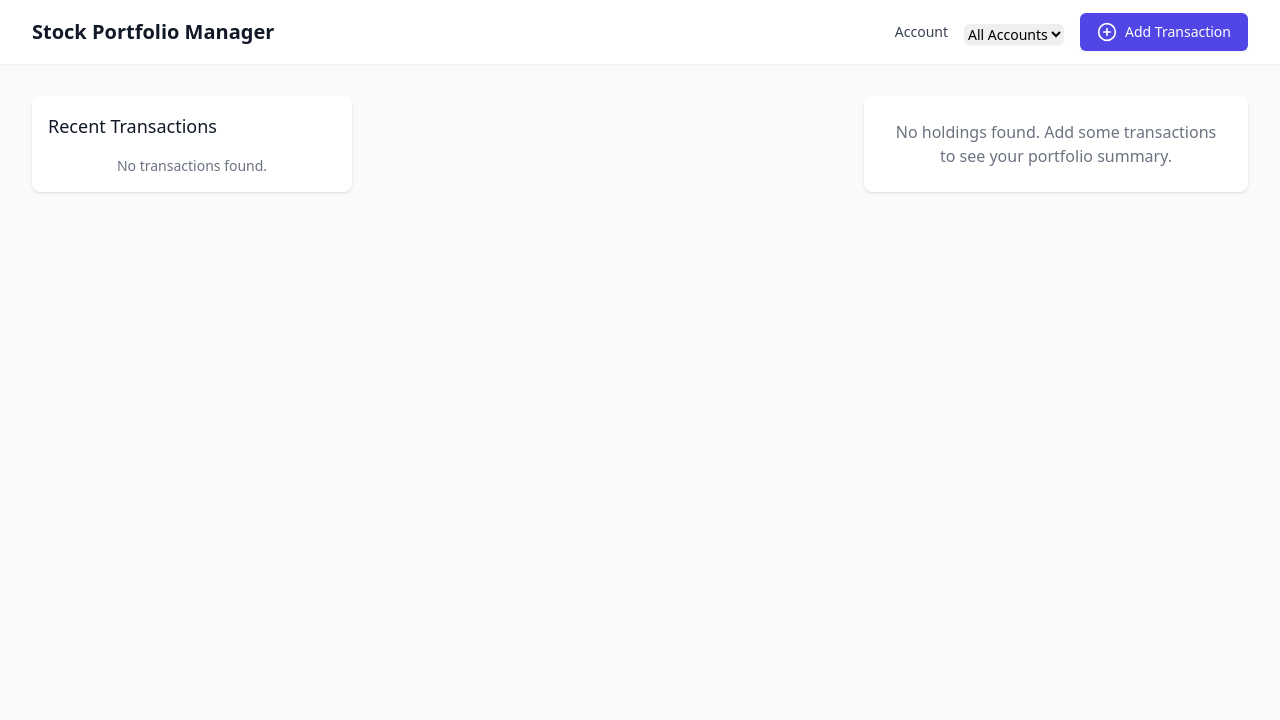
Repository: gpierre004/stock_portfolio_management
Page: /watchlist
The author's editor kept a copy of each file at every save. The page is drawn from the files as they stood at one save, then again after the next save.
The browser window is 1280 px wide. The pictures show the whole page.
The page's requests for data from a server got no answer. The project was rebuilt for these pictures with package versions that can differ from the ones it lists, and the page was loaded fresh each time. No one was signed in, and anything a server would have sent is missing. Also part of the build but not shown: vite.config.ts, src/components/TransactionForm.tsx, src/components/ErrorBoundary.tsx.

Above is the page before, as saved 2024-11-22 21:25:00.

### src/App.tsx
import React from 'react';
import { QueryClient, QueryClientProvider } from '@tanstack/react-query';
import TransactionList from './components/TransactionList';
import TransactionForm from './components/TransactionForm';
import PortfolioSummary from './components/PortfolioSummary';
import AccountSelector from './components/AccountSelector';
import ErrorBoundary from './components/ErrorBoundary';
import { PlusCircle } from 'lucide-react';

const queryClient = new QueryClient();

function App() {
  const [isFormOpen, setIsFormOpen] = React.useState(false);
  const [selectedAccountId, setSelectedAccountId] = React.useState<number | null>(null);

  return (
    <QueryClientProvider client={queryClient}>
      <div className="min-h-screen bg-gray-50">
        <nav className="bg-white shadow-sm">
          <div className="max-w-7xl mx-auto px-4 sm:px-6 lg:px-8">
            <div className="flex justify-between h-16 items-center">
              <h1 className="text-xl font-semibold text-gray-900">Stock Portfolio Manager</h1>
              <div className="flex items-center space-x-4">
                <AccountSelector
                  selectedAccountId={selectedAccountId}
                  onAccountChange={setSelectedAccountId}
                />
                <button
                  onClick={() => setIsFormOpen(true)}
                  className="inline-flex items-center px-4 py-2 border border-transparent text-sm font-medium rounded-md shadow-sm text-white bg-indigo-600 hover:bg-indigo-700 focus:outline-none focus:ring-2 focus:ring-offset-2 focus:ring-indigo-500"
                >
                  <PlusCircle className="w-5 h-5 mr-2" />
                  Add Transaction
                </button>
              </div>
            </div>
          </div>
        </nav>

        <main className="max-w-7xl mx-auto px-4 sm:px-6 lg:px-8 py-8">
          <div className="grid grid-cols-1 lg:grid-cols-3 gap-8">
            <div className="lg:col-span-2">
              <ErrorBoundary>
                <TransactionList accountId={selectedAccountId} />
              </ErrorBoundary>
            </div>
            <div>
              <ErrorBoundary>
                <PortfolioSummary accountId={selectedAccountId} />
              </ErrorBoundary>
            </div>
          </div>
        </main>

        {isFormOpen && (
          <TransactionForm
            onClose={() => setIsFormOpen(false)}
            accountId={selectedAccountId}
          />
        )}
      </div>
    </QueryClientProvider>
  );
}

export default App;

### src/components/TransactionList.tsx
import React from 'react';
import { useQuery } from '@tanstack/react-query';
import axios from 'axios';
import { format, parseISO } from 'date-fns';
import { ENDPOINTS } from '../config/api';

interface Transaction {
  purchase_id: number;
  ticker: string;
  purchase_date: string;
  quantity: number;
  type: string;
  purchase_price: number;
  description?: string;
  comment?: string;
  account_id?: number;
}

interface TransactionListProps {
  accountId: number | null;
}

export default function TransactionList({ accountId }: TransactionListProps) {
  const { data: transactions = [], error, isError, isLoading } = useQuery({
    queryKey: ['transactions', accountId],
    queryFn: async () => {
      try {
        const url = accountId
          ? `${ENDPOINTS.TRANSACTIONS}?accountId=${accountId}`
          : ENDPOINTS.TRANSACTIONS;
        const { data } = await axios.get<Transaction[]>(url);
        // Get only the last 10 transactions
        return Array.isArray(data) ? data.slice(0, 10) : [];
      } catch (error) {
        if (axios.isAxiosError(error)) {
          throw new Error(error.response?.data?.message || 'Failed to fetch transactions');
        }
        throw error;
      }
    },
    initialData: [],
  });

  if (isLoading) {
    return (
      <div className="w-80 bg-white shadow rounded-lg p-4">
        <h2 className="text-lg font-medium text-gray-900 mb-4">Recent Transactions</h2>
        <div className="animate-pulse space-y-3">
          {[1, 2, 3].map((i) => (
            <div key={i} className="h-12 bg-gray-100 rounded"></div>
          ))}
        </div>
      </div>
    );
  }

  if (isError) {
    return (
      <div className="w-80 bg-white shadow rounded-lg p-4">
        <h2 className="text-lg font-medium text-gray-900 mb-4">Recent Transactions</h2>
        <div className="text-red-600 text-sm">
          {error instanceof Error ? error.message : 'An error occurred while fetching transactions'}
        </div>
      </div>
    );
  }

  if (!transactions.length) {
    return (
      <div className="w-80 bg-white shadow rounded-lg p-4">
        <h2 className="text-lg font-medium text-gray-900 mb-4">Recent Transactions</h2>
        <div className="text-gray-500 text-sm text-center">
          No transactions found.
        </div>
      </div>
    );
  }

  return (
    <div className="w-80 bg-white shadow rounded-lg p-4">
      <h2 className="text-lg font-medium text-gray-900 mb-4">Recent Transactions</h2>
      <div className="space-y-3 overflow-y-auto max-h-[calc(100vh-12rem)]">
        {transactions.map((transaction) => (
          <div
            key={transaction.purchase_id}
            className="border-b border-gray-100 last:border-0 pb-3 last:pb-0"
          >
            <div className="flex justify-between items-start">
              <div>
                <div className="flex items-center space-x-2">
                  <span className="font-medium text-gray-900">
                    {transaction.ticker}
                  </span>
                  <span className={`text-xs px-1.5 py-0.5 rounded ${
                    transaction.type.toLowerCase() === 'buy'
                      ? 'bg-green-100 text-green-800'
                      : 'bg-red-100 text-red-800'
                  }`}>
                    {transaction.type}
                  </span>
                </div>
                <p className="text-xs text-gray-500">
                  {format(parseISO(transaction.purchase_date), 'MMM dd, yyyy')}
                </p>
              </div>
              <div className="text-right">
                <p className="text-sm font-medium text-gray-900">
                  ${(transaction.quantity * transaction.purchase_price).toFixed(2)}
                </p>
                <p className="text-xs text-gray-500">
                  {transaction.quantity.toFixed(2)} @ ${transaction.purchase_price.toFixed(2)}
                </p>
              </div>
            </div>
          </div>
        ))}
      </div>
    </div>
  );
}

### src/components/PortfolioSummary.tsx
import React from 'react';
import { useQuery } from '@tanstack/react-query';
import axios from 'axios';
import { ENDPOINTS } from '../config/api';

interface Holding {
  ticker: string;
  total_quantity: number;
  total_value: number;
  profit_loss?: number;
  percent_change?: number;
}

interface PortfolioSummaryProps {
  accountId: number | null;
}

export default function PortfolioSummary({ accountId }: PortfolioSummaryProps) {
  const { data: holdings = [], error, isError, isLoading } = useQuery<Holding[]>({
    queryKey: ['portfolio', accountId],
    queryFn: async () => {
      try {
        const url = accountId
          ? `${ENDPOINTS.PORTFOLIO_SUMMARY}?accountId=${accountId}`
          : ENDPOINTS.PORTFOLIO_SUMMARY;
        const { data } = await axios.get<Holding[]>(url);
        return Array.isArray(data) ? data : [];
      } catch (error) {
        if (axios.isAxiosError(error)) {
          throw new Error(error.response?.data?.message || 'Failed to fetch portfolio summary');
        }
        throw error;
      }
    },
    initialData: [],
  });

  if (isLoading) {
    return (
      <div className="flex-1 grid grid-cols-1 lg:grid-cols-2 xl:grid-cols-3 gap-6">
        {[1, 2, 3].map((i) => (
          <div key={i} className="bg-white shadow rounded-lg p-6 animate-pulse">
            <div className="h-4 bg-gray-200 rounded w-1/4 mb-4"></div>
            <div className="h-6 bg-gray-200 rounded w-1/2"></div>
          </div>
        ))}
      </div>
    );
  }

  if (isError) {
    return (
      <div className="flex-1 bg-white shadow rounded-lg p-6">
        <div className="text-red-600">
          {error instanceof Error ? error.message : 'An error occurred while fetching portfolio data'}
        </div>
      </div>
    );
  }

  const safeHoldings = Array.isArray(holdings) ? holdings : [];

  if (!safeHoldings.length) {
    return (
      <div className="flex-1 bg-white shadow rounded-lg p-6">
        <div className="text-gray-500 text-center">
          No holdings found. Add some transactions to see your portfolio summary.
        </div>
      </div>
    );
  }

  return (
    <div className="flex-1 grid grid-cols-1 lg:grid-cols-2 xl:grid-cols-3 gap-6">
      {safeHoldings.map((holding) => (
        <div key={holding.ticker} className="bg-white shadow rounded-lg p-6">
          <div className="flex justify-between items-start mb-4">
            <h3 className="text-xl font-semibold text-gray-900">{holding.ticker}</h3>
            <span className={`text-sm font-medium px-2 py-1 rounded ${
              (holding.percent_change || 0) >= 0
                ? 'text-green-800 bg-green-100'
                : 'text-red-800 bg-red-100'
            }`}>
              {(holding.percent_change || 0).toFixed(2)}%
            </span>
          </div>

          <div className="grid grid-cols-2 gap-4">
            <div>
              <p className="text-sm text-gray-500">Total Invested</p>
              <p className="text-lg font-semibold text-gray-900">
                ${typeof holding.total_value === 'number' ? holding.total_value.toFixed(2) : '0.00'}
              </p>
            </div>
            <div>
              <p className="text-sm text-gray-500">Current Value</p>
              <p className="text-lg font-semibold text-gray-900">
                ${typeof holding.total_value === 'number' ? holding.total_value.toFixed(2) : '0.00'}
              </p>
            </div>
          </div>

          <div className="mt-4">
            <p className="text-sm text-gray-500">Quantity</p>
            <p className="text-lg font-semibold text-gray-900">
              {typeof holding.total_quantity === 'number' ? holding.total_quantity.toFixed(5) : '0.00000'}
            </p>
          </div>

          <div className="mt-4">
            <p className="text-sm text-gray-500">Profit/Loss</p>
            <p className={`text-lg font-semibold ${
              (holding.profit_loss || 0) >= 0 ? 'text-green-600' : 'text-red-600'
            }`}>
              ${typeof holding.profit_loss === 'number' ? Math.abs(holding.profit_loss).toFixed(2) : '0.00'}
            </p>
          </div>
        </div>
      ))}
    </div>
  );
}

### src/components/AccountSelector.tsx
import React from 'react';
import { useQuery } from '@tanstack/react-query';
import axios from 'axios';
import { Account } from '../../server/types/account';
import { ENDPOINTS } from '../config/api';

interface AccountSelectorProps {
  selectedAccountId: number | null;
  onAccountChange: (accountId: number | null) => void;
}

const formatBalance = (balance: unknown): string => {
  if (typeof balance === 'number') {
    return `$${balance.toFixed(2)}`;
  }
  if (typeof balance === 'string') {
    const num = parseFloat(balance);
    if (!isNaN(num)) {
      return `$${num.toFixed(2)}`;
    }
  }
  return '$0.00';
};

export default function AccountSelector({ selectedAccountId, onAccountChange }: AccountSelectorProps) {
  const { data: accounts, error, isError, isLoading } = useQuery<Account[]>({
    queryKey: ['accounts'],
    queryFn: async () => {
      try {
        // TODO: Replace with actual user ID from auth
        const userId = 3;
        const { data } = await axios.get(`${ENDPOINTS.ACCOUNTS}/user/${userId}`);
        return Array.isArray(data) ? data.map(account => ({
          ...account,
          balance: typeof account.balance === 'string' ? parseFloat(account.balance) : account.balance
        })) : [];
      } catch (error) {
        if (axios.isAxiosError(error)) {
          throw new Error(error.response?.data?.message || 'Failed to fetch accounts');
        }
        throw error;
      }
    },
    initialData: [], // Ensure we always have an array
  });

  if (isLoading) {
    return (
      <div className="flex items-center space-x-4">
        <label className="text-sm font-medium text-gray-700">Account</label>
        <div className="w-48 h-9 bg-gray-200 rounded animate-pulse"></div>
      </div>
    );
  }

  if (isError) {
    return (
      <div className="flex items-center space-x-4">
        <label className="text-sm font-medium text-gray-700">Account</label>
        <div className="text-red-600 text-sm">
          {error instanceof Error ? error.message : 'Failed to load accounts'}
        </div>
      </div>
    );
  }

  const safeAccounts = Array.isArray(accounts) ? accounts : [];

  return (
    <div className="flex items-center space-x-4">
      <label htmlFor="account" className="text-sm font-medium text-gray-700">
        Account
      </label>
      <select
        id="account"
        value={selectedAccountId || ''}
        onChange={(e) => onAccountChange(e.target.value ? parseInt(e.target.value) : null)}
        className="mt-1 block w-full rounded-md border-gray-300 shadow-sm focus:border-indigo-500 focus:ring-indigo-500 sm:text-sm"
      >
        <option value="">All Accounts</option>
        {safeAccounts.map((account) => (
          <option key={account.account_id} value={account.account_id}>
            {account.name} ({formatBalance(account.balance)})
          </option>
        ))}
      </select>
    </div>
  );
}

### src/config/api.ts
import axios from 'axios';

export const API_BASE_URL = 'http://localhost:3001/api';

export const ENDPOINTS = {
  TRANSACTIONS: `${API_BASE_URL}/transactions`,
  ACCOUNTS: `${API_BASE_URL}/accounts`,
  PORTFOLIO_SUMMARY: `${API_BASE_URL}/transactions/portfolio/summary`,
};

const api = axios.create({
  baseURL: API_BASE_URL,
});

export default api;

### src/components/Navigation.tsx
import React from 'react';
import { Link, useLocation } from 'react-router-dom';

export default function Navigation() {
  const location = useLocation();

  const isActive = (path: string) => {
    return location.pathname === path ? 'bg-gray-700' : '';
  };

  return (
    <nav className="bg-gray-800 text-white w-64 min-h-screen p-4">
      <div className="space-y-2">
        <Link
          to="/"
          className={`flex items-center space-x-3 p-3 rounded-lg hover:bg-gray-700 ${isActive('/')}`}
        >
          <svg className="w-6 h-6" fill="none" stroke="currentColor" viewBox="0 0 24 24">
            <path strokeLinecap="round" strokeLinejoin="round" strokeWidth={2} d="M4 6h16M4 12h16M4 18h16" />
          </svg>
          <span>Dashboard</span>
        </Link>

        <Link
          to="/portfolio"
          className={`flex items-center space-x-3 p-3 rounded-lg hover:bg-gray-700 ${isActive('/portfolio')}`}
        >
          <svg className="w-6 h-6" fill="none" stroke="currentColor" viewBox="0 0 24 24">
            <path strokeLinecap="round" strokeLinejoin="round" strokeWidth={2} d="M9 19v-6a2 2 0 00-2-2H5a2 2 0 00-2 2v6a2 2 0 002 2h2a2 2 0 002-2zm0 0V9a2 2 0 012-2h2a2 2 0 012 2v10m-6 0a2 2 0 002 2h2a2 2 0 002-2m0 0V5a2 2 0 012-2h2a2 2 0 012 2v14a2 2 0 01-2 2h-2a2 2 0 01-2-2z" />
          </svg>
          <span>Portfolio</span>
        </Link>

        <Link
          to="/watchlist"
          className={`flex items-center space-x-3 p-3 rounded-lg hover:bg-gray-700 ${isActive('/watchlist')}`}
        >
          <svg className="w-6 h-6" fill="none" stroke="currentColor" viewBox="0 0 24 24">
            <path strokeLinecap="round" strokeLinejoin="round" strokeWidth={2} d="M15 12a3 3 0 11-6 0 3 3 0 016 0z" />
            <path strokeLinecap="round" strokeLinejoin="round" strokeWidth={2} d="M2.458 12C3.732 7.943 7.523 5 12 5c4.478 0 8.268 2.943 9.542 7-1.274 4.057-5.064 7-9.542 7-4.477 0-8.268-2.943-9.542-7z" />
          </svg>
          <span>Watchlist</span>
        </Link>

        <Link
          to="/transactions"
          className={`flex items-center space-x-3 p-3 rounded-lg hover:bg-gray-700 ${isActive('/transactions')}`}
        >
          <svg className="w-6 h-6" fill="none" stroke="currentColor" viewBox="0 0 24 24">
            <path strokeLinecap="round" strokeLinejoin="round" strokeWidth={2} d="M9 5H7a2 2 0 00-2 2v12a2 2 0 002 2h10a2 2 0 002-2V7a2 2 0 00-2-2h-2M9 5a2 2 0 002 2h2a2 2 0 002-2M9 5a2 2 0 012-2h2a2 2 0 012 2" />
          </svg>
          <span>Transactions</span>
        </Link>
      </div>
    </nav>
  );
}

Loaded but not shown: index.html (common file); src/main.tsx (common file); src/index.css (common file); tailwind.config.js (common file)

After the next save:
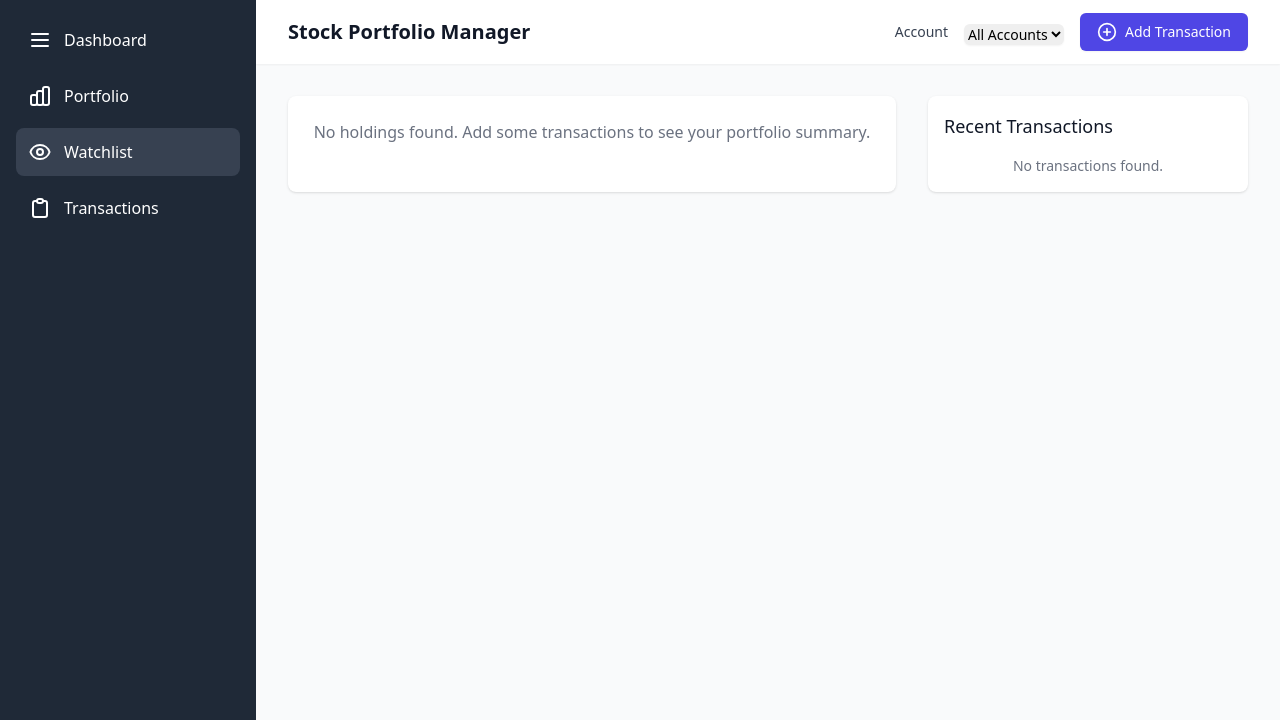
Saved 31 s later.
--- a/src/App.tsx
+++ b/src/App.tsx
@@ -1,9 +1,11 @@
 import React from 'react';
 import { QueryClient, QueryClientProvider } from '@tanstack/react-query';
+import { BrowserRouter } from 'react-router-dom';
 import TransactionList from './components/TransactionList';
 import TransactionForm from './components/TransactionForm';
 import PortfolioSummary from './components/PortfolioSummary';
 import AccountSelector from './components/AccountSelector';
+import Navigation from './components/Navigation';
 import ErrorBoundary from './components/ErrorBoundary';
 import { PlusCircle } from 'lucide-react';
 
@@ -14,52 +16,62 @@ function App() {
   const [selectedAccountId, setSelectedAccountId] = React.useState<number | null>(null);
 
   return (
-    <QueryClientProvider client={queryClient}>
-      <div className="min-h-screen bg-gray-50">
-        <nav className="bg-white shadow-sm">
-          <div className="max-w-7xl mx-auto px-4 sm:px-6 lg:px-8">
-            <div className="flex justify-between h-16 items-center">
-              <h1 className="text-xl font-semibold text-gray-900">Stock Portfolio Manager</h1>
-              <div className="flex items-center space-x-4">
-                <AccountSelector
-                  selectedAccountId={selectedAccountId}
-                  onAccountChange={setSelectedAccountId}
-                />
-                <button
-                  onClick={() => setIsFormOpen(true)}
-                  className="inline-flex items-center px-4 py-2 border border-transparent text-sm font-medium rounded-md shadow-sm text-white bg-indigo-600 hover:bg-indigo-700 focus:outline-none focus:ring-2 focus:ring-offset-2 focus:ring-indigo-500"
-                >
-                  <PlusCircle className="w-5 h-5 mr-2" />
-                  Add Transaction
-                </button>
+    <BrowserRouter>
+      <QueryClientProvider client={queryClient}>
+        <div className="min-h-screen bg-gray-50 flex">
+          {/* Left Navigation */}
+          <Navigation />
+
+          {/* Main Content */}
+          <div className="flex-1">
+            {/* Top Navigation */}
+            <nav className="bg-white shadow-sm">
+              <div className="px-4 sm:px-6 lg:px-8">
+                <div className="flex justify-between h-16 items-center">
+                  <h1 className="text-xl font-semibold text-gray-900">Stock Portfolio Manager</h1>
+                  <div className="flex items-center space-x-4">
+                    <AccountSelector
+                      selectedAccountId={selectedAccountId}
+                      onAccountChange={setSelectedAccountId}
+                    />
+                    <button
+                      onClick={() => setIsFormOpen(true)}
+                      className="inline-flex items-center px-4 py-2 border border-transparent text-sm font-medium rounded-md shadow-sm text-white bg-indigo-600 hover:bg-indigo-700 focus:outline-none focus:ring-2 focus:ring-offset-2 focus:ring-indigo-500"
+                    >
+                      <PlusCircle className="w-5 h-5 mr-2" />
+                      Add Transaction
+                    </button>
+                  </div>
+                </div>
               </div>
-            </div>
+            </nav>
+
+            {/* Content Area */}
+            <main className="p-8">
+              <div className="flex gap-8">
+                {/* Portfolio Summary */}
+                <ErrorBoundary>
+                  <PortfolioSummary accountId={selectedAccountId} />
+                </ErrorBoundary>
+
+                {/* Recent Transactions */}
+                <ErrorBoundary>
+                  <TransactionList accountId={selectedAccountId} />
+                </ErrorBoundary>
+              </div>
+            </main>
           </div>
-        </nav>
 
-        <main className="max-w-7xl mx-auto px-4 sm:px-6 lg:px-8 py-8">
-          <div className="grid grid-cols-1 lg:grid-cols-3 gap-8">
-            <div className="lg:col-span-2">
-              <ErrorBoundary>
-                <TransactionList accountId={selectedAccountId} />
-              </ErrorBoundary>
-            </div>
-            <div>
-              <ErrorBoundary>
-                <PortfolioSummary accountId={selectedAccountId} />
-              </ErrorBoundary>
-            </div>
-          </div>
-        </main>
-
-        {isFormOpen && (
-          <TransactionForm
-            onClose={() => setIsFormOpen(false)}
-            accountId={selectedAccountId}
-          />
-        )}
-      </div>
-    </QueryClientProvider>
+          {/* Transaction Form Modal */}
+          {isFormOpen && (
+            <TransactionForm
+              onClose={() => setIsFormOpen(false)}
+              accountId={selectedAccountId}
+            />
+          )}
+        </div>
+      </QueryClientProvider>
+    </BrowserRouter>
   );
 }
 
